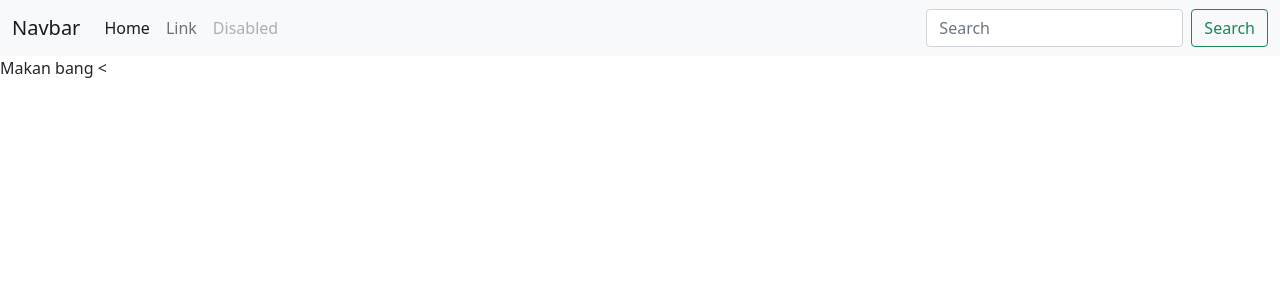
Repository: humanrizki/app-perpus-laravel-8
Page: http://localhost/home
An editor plug-in stored every save of this project. The page is shown before and after the next save, followed by the edit.
The browser window is 1280 px wide. The pictures show the whole page.
Some web libraries are served in a nearby version. The page is served by the project's Laravel application, run on PHP 8.4 with Laravel 8.

Above is the page before, as saved 2021-11-25 11:32:19.

After the next save:
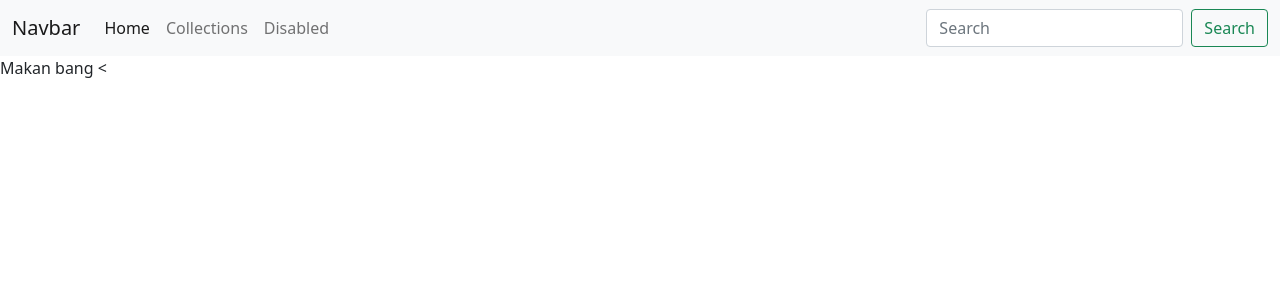
Saved 2 min 35 s later.
--- a/resources/views/partials/header.blade.php
+++ b/resources/views/partials/header.blade.php
@@ -34,13 +34,13 @@
       <div class="collapse navbar-collapse" id="navbarSupportedContent">
         <ul class="navbar-nav me-auto mb-2 mb-lg-0">
           <li class="nav-item">
-            <a class="nav-link active" aria-current="page" href="#">Home</a>
+            <a class="nav-link {{ (request()->is('home')) ? 'active':'';}}" aria-current="page" href="/home">Home</a>
+          </li>
+          <li class="nav-item ">
+            <a class="nav-link {{ (request()->is('collections')) ? 'active':'';}}" href="/collections">Collections</a>
           </li>
           <li class="nav-item">
-            <a class="nav-link" href="#">Link</a>
-          </li>
-          <li class="nav-item">
-            <a class="nav-link disabled" href="#" tabindex="-1" aria-disabled="true">Disabled</a>
+            <a class="nav-link" >Disabled</a>
           </li>
         </ul>
         <form class="d-flex">
